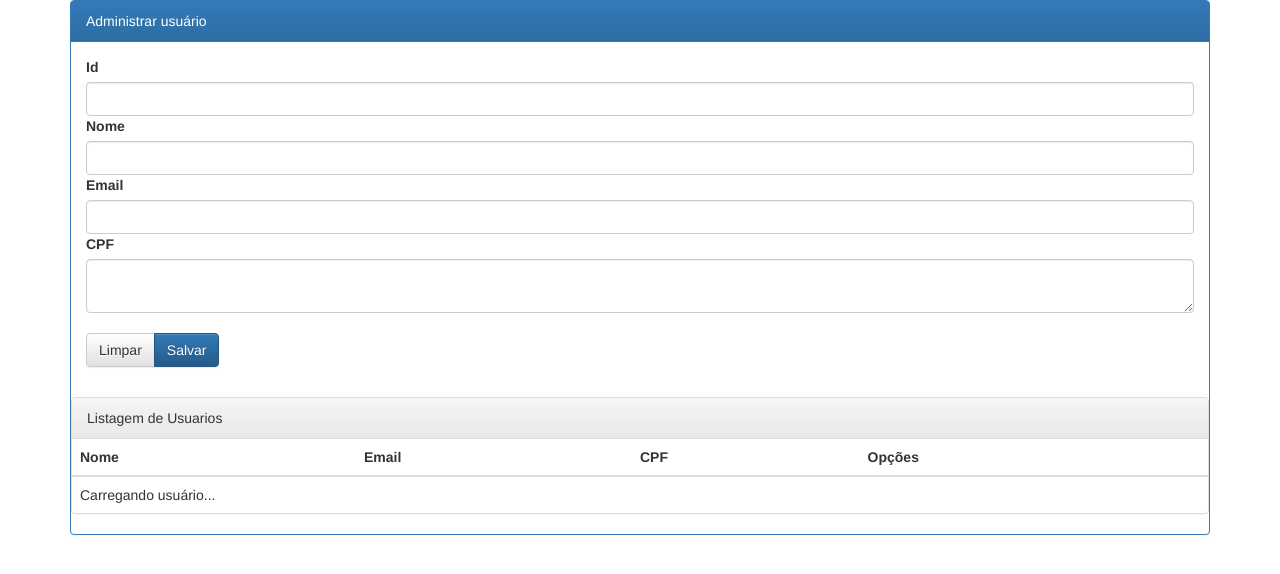
Repository: heloisakrajewski/projeto-leo
Page: Projeto/pyrafilms/WebContent/index.html
The author's editor kept a copy of each file at every save. The page is drawn from the files as they stood at one save, then again after the next save.
The browser window is 1280 px wide. The pictures show the whole page.

Above is the page before, as saved 2016-11-21 21:32:08.
Console error: ReferenceError: listarUsuarios is not defined

### Projeto/pyrafilms/WebContent/index.html
<!DOCTYPE html>
<html lang="pt-br">
<head>
<meta charset="utf-8">
<meta http-equiv="X-UA-Compatible" content="IE=edge">
<meta name="viewport" content="width=device-width, initial-scale=1">
<!-- As 3 meta tags acima *devem* vir em primeiro lugar dentro do `head`; qualquer outro conteúdo deve vir *após* essas tags -->
<title>Pyra Films</title>

<!-- Bootstrap -->
<link href="css/bootstrap.min.css" rel="stylesheet">
<link href="css/bootstrap-theme.min.css" rel="stylesheet">

</head>
<body>

	<div class="container">

		<div class="panel panel-primary">
			<div class="panel-heading">Administrar usuário</div>
			<div class="panel-body">

				<form id="criarCervejaForm">
					<div class="form-group">
						<label>Id</label>
						<input type="text" class="form-control"name="id" />

						<label>Nome</label>
						<input type="text" class="form-control" name="nome" />

						<label>Email</label>
						<input type="text" class="form-control" name="email" />

						<label>CPF</label>
						<textarea rows="" 10 cols="10" class="form-control" name="cpf"></textarea>

						<br />

						<div class="btn-block btn-group">
						<input type="reset" class="btn btn-default" value="Limpar" />
						<input type="button" class="btn btn-primary" value="Salvar"
							onclick="adicionaUsuario();" />
						</div>
					</div>
				</form>
			</div>
			<div class="panel panel-default">
				<!-- Default panel contents -->
				<div class="panel-heading">Listagem de Usuarios</div>
				<table id="grid" class="table">
					<thead>
						<tr>
							<th>Nome</th>
							<th>Email</th>
							<th>CPF</th>
							<th>Opções</th>
						</tr>
					</thead>
					<tr>
						<td colspan="5">Carregando usuário...</td>
					</tr>
				</table>
			</div>
		</div>
	</div>

	<!-- <div id="images" class="panel" style="float: left;"></div> -->

	<script src="js/jquery-1.10.2.min.js" type="text/javascript"></script>
	<script src="js/json.js" type="text/javascript"></script>
	<script src="js/bootstrap.min.js"></script>
	<script src="js/custom.js" type="text/javascript"></script>
	<script type="text/javascript">
		listarUsuarios();
	</script>
</body>
</html>

### Projeto/pyrafilms/WebContent/js/json.js
/*!
  SerializeJSON jQuery plugin.
  https://github.com/marioizquierdo/jquery.serializeJSON
  version 1.0.1 (Aug 20, 2012)

  Copyright (c) 2012 Mario Izquierdo
  Dual licensed under the MIT (http://www.opensource.org/licenses/mit-license.php)
  and GPL (http://www.opensource.org/licenses/gpl-license.php) licenses.
*/
(function ($) {
  "use strict";

  $.fn.serializeJSON = function () {
    var obj, formAsArray;
    obj = {};
    formAsArray = this.serializeArray();

    $.each(formAsArray, function (i, input) {
      var name, value, keys;
      name = input.name;
      value = input.value;

      // Split the input name in programatically readable keys
      // name = "foo"              => keys = ['foo']
      // name = "[foo]"            => keys = ['foo']
      // name = "foo[inn][bar]"    => keys = ['foo', 'inn', 'bar']
      // name = "foo[inn][arr][0]" => keys = ['foo', 'inn', 'arr', '0']
      // name = "arr[][val]"       => keys = ['arr', '', 'val']
      keys = $.map(name.split('['), function (key) {
        var last;
        last = key[key.length - 1];
        return last === ']' ? key.substring(0, key.length - 1) : key;
      });
      if (keys[0] === '') { keys.shift(); } // "[foo][inn]" should be same as "foo[inn]"

      // Set value in the object using the keys
      $.deepSet(obj, keys, value);
    });
    return obj;
  };

  // Auxiliar function to check if a variable is an Object
  var isObject = function (obj) {
    return obj === Object(obj);
  };

  /**
  Access the object in a deep key and assigns the value:

  // Examples:
  deepSet(obj, ['foo'], v)                //=> obj['foo'] = v
  deepSet(obj, ['foo', 'inn'], v)         //=> obj['foo']['inn'] = v // Create the inner obj['foo'] object, if needed
  deepSet(obj, ['foo', 'inn', 'inn'], v)  //=> obj['foo']['inn']['inn'] = v
  deepSet(obj, ['0'], v)                  //=> obj[0] = v // obj may be an Array
  deepSet(obj, [''], v)                   //=> obj.push(v) // assume obj as array, and add a new value to the end
  deepSet(obj, ['arr', '0'], v)           //=> obj['arr']['0'] = v // obj['arr'] is created as Array if needed
  deepSet(obj, ['arr', ''], v)            //=> obj['arr'].push(v)
  deepSet(obj, ['foo', 'arr', '0'], v)    //=> obj['foo']['arr'][0] = v // obj['foo'] is created as object and obj['foo']['arr'] as a Array, if needed
  deepSet(obj, ['arr', '0', 'foo'], v)    //=> obj['arr']['0']['foo'] = v // obj['foo'] is created as object and obj['foo']['arr'] as a Array and obj['foo']['arr'][0] as object, if needed

  // Complex example with array empty index,
  // it creates a new element, unless there is a nested non repeated key, so it assigns to the last element object:
  var arr = []
  deepSet(arr, [''], v)                   //=> arr === [v]
  deepSet(arr, ['', 'foo'], v)            //=> arr === [v, {foo: v}]
  deepSet(arr, ['', 'bar'], v)            //=> arr === [v, {foo: v, bar: v}]
  deepSet(arr, ['', 'bar'], v)            //=> arr === [v, {foo: v, bar: v}, {bar: v}]
  */
  $.deepSet = function (obj, keys, value) {
    if (!keys || keys.length === 0) { throw new Error("ArgumentError: keys param expected to be an array with least one key"); }
    var key, next, tail, defaultIfNotDefined, lastKey, lastElement;
    key = keys[0];
    next = keys[1];
    if (next !== undefined && next !== null) {
      tail = keys.slice(1);
      if (key === '') { // Empty key with => merge keys in the object element
        lastKey = obj.length - 1;
        lastElement = obj[obj.length - 1];
        if (isObject(lastElement) && !lastElement[next]) { // if next key is a new attribute in the last object element then set the new value in there
          key = lastKey;
        } else { // if the array does not have an object as last element, create one
          obj.push({});
          key = lastKey + 1;
        }
      }
      if (obj[key] === undefined) { // obj[key] ||= defaultIfNotDefined
        defaultIfNotDefined = (next === '' || !isNaN(parseInt(next, 10))) ? [] : {}; // Array or Object depending on next key
        obj[key] = defaultIfNotDefined;
      }
      $.deepSet(obj[key], tail, value); // Recursive access the inner Object
    } else {
      if (key === '') {
        obj.push(value);
      } else {
        obj[key] = value;
      }
    }
  };

}(jQuery));

Loaded but not shown: Projeto/pyrafilms/WebContent/css/bootstrap.min.css (library); Projeto/pyrafilms/WebContent/css/bootstrap-theme.min.css (library); Projeto/pyrafilms/WebContent/js/jquery-1.10.2.min.js (library); Projeto/pyrafilms/WebContent/js/bootstrap.min.js (library); Projeto/pyrafilms/WebContent/js/custom.js (no copy from this time; the picture is the same without it)

After the next save:
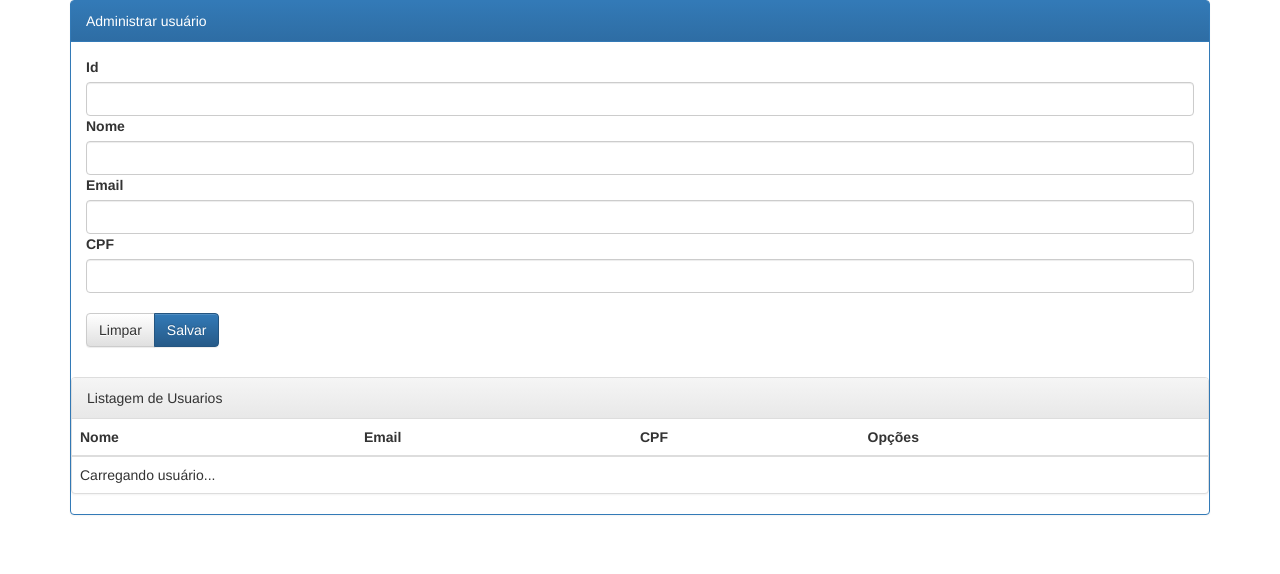
Saved 68 min 35 s later.
--- a/Projeto/pyrafilms/WebContent/index.html
+++ b/Projeto/pyrafilms/WebContent/index.html
@@ -32,7 +32,7 @@
 						<input type="text" class="form-control" name="email" />
 
 						<label>CPF</label>
-						<textarea rows="" 10 cols="10" class="form-control" name="cpf"></textarea>
+						<input type="text" class="form-control" name="cpf"></textarea>
 
 						<br />
 
